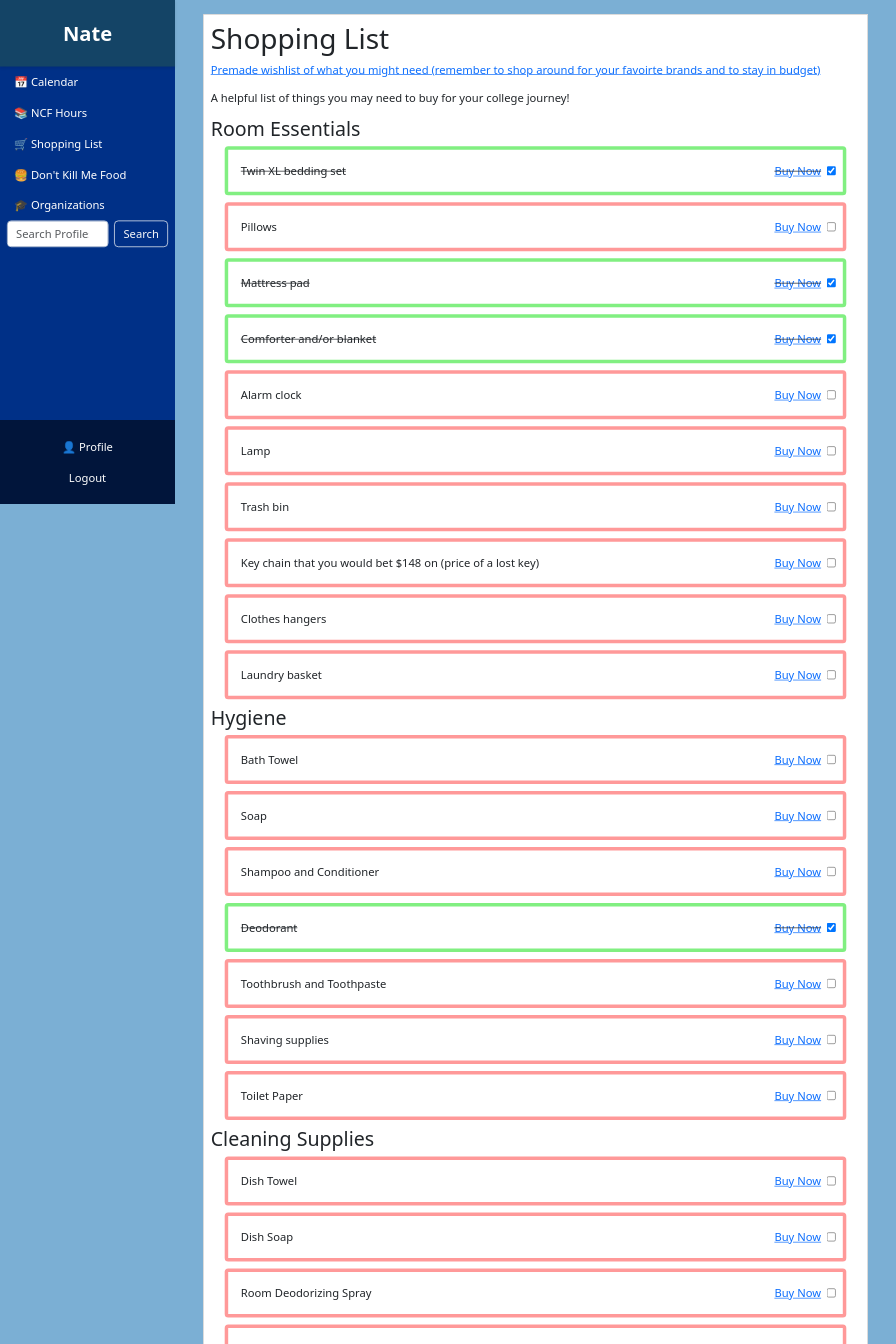
Repository: NateClarkTech/SoftwareEngineeringProject2
Page: http://localhost/shoppinglist/
These files come from the project's save history. The page is drawn as it stood at one moment and after the next save; the edit follows.
The browser window is 1280 px wide. The pictures show the part of the page from y = 0 to 1920 px (the page is 4579 px tall before and 4375 px after), at 70% of full size.
The page is served by the project's application, run on Django 5.2 (manage.py). The first stored user is signed in. Other server files are loaded and not shown. The page reads the database file committed with the project.

Above is the page before, as saved 2024-03-12 17:54:35.

### ShoppingList/templates/shoppinglist.html
{% extends 'base.html' %}

{% load static %}

{% block title %}Shopping List{% endblock %}

{% block extendHeader %}
<style>
    .item-box {
        border: 1px solid #ccc;
        padding: 10px;
        margin-bottom: 10px;
        margin-left: 20px;
        margin-right: 20px;
        background-color: white;
    }

    .checked {
        text-decoration: line-through;
        border-color: #81ef81;
        border-radius: 5px;
        border-width: 5px;
    }

    .not-checked {
        text-decoration: none;
        border-color: #ff9999;
        border-radius: 5px;
        border-width: 5px;
    }
</style>
{% endblock %}

{% block content %}
<div class="align-items-center">
    {% if user.is_authenticated %}
    <div class="item-box">
        <h1>Shopping List</h1>
        <a href="https://www.amazon.com/hz/wishlist/ls/1MYC1SQ5AHTOC?ref_=wl_share" target="_blank">Premade wishlist of what you might need (remember to shop around for your favoirte brands and to stay in budget)</a>
        <p class="pt-3">A helpful list of things you may need to buy for your college journey!</p>

        {% for category in itemCategories %}
            <h3>{{ category }}</h3>
            {% for item in shoppingItems %}
                {% if item.category == category %}
                    <div class="item-box d-flex {% if item.checked %}checked{%else%}not-checked{% endif %}">
                        <label for="item-{{ forloop.counter }}" class="flex-grow-1 p-2">{{ item.name }}</label>
                        <a href="{{ item.url }}" target="_blank" class="p-2">Buy Now</a>
                        <input type="checkbox" id="item-{{ forloop.counter }}" class="p-2" {% if item.checked %}checked{% endif %}>
                    </div>
                {% endif %}
            {% endfor %}
        {% endfor %}
    </div>
    {% else %}
    <p>You are not logged in</p>
    {% endif %}
</div>
{% endblock %}

{% block scripts %}
    <script src={% static '/js/shoppinglist.js' %}></script>
{% endblock %}

### ShoppingList/models.py
from django.db import models
from django.contrib.auth.models import User

class ShoppingListCategory(models.Model):
    name = models.CharField(max_length=200)

    def __str__(self):
        return self.name

class ShoppingListItem(models.Model):
    user = models.ForeignKey(User, on_delete=models.CASCADE)
    name = models.CharField(max_length=200)
    category = models.ForeignKey(ShoppingListCategory, on_delete=models.CASCADE)
    url = models.URLField(max_length=200)
    checked = models.BooleanField(default=False)

    def __str__(self):
        return self.user.username + " - " + self.name

### Leaderboard/urls.py
from django.urls import path
from . import views
#https://www.reddit.com/r/django/comments/13hknj7/my_project_doesnt_recognize_the_urls_from_one_of/
urlpatterns = [
    path('', views.checklist, name='checklist'),
    path('checklist/', views.checklist, name='checklist'),
    path('update_checklist/', views.update_checklist, name='update_checklist'),
    path('reset-tasks', views.reset_tasks),
    path('leaderboard/', views.leaderboard_view, name='leaderboard'),

]

### ShoppingList/urls.py
from django.urls import path
from . import views
from django.conf import settings
from django.conf.urls.static import static
from django.contrib.auth import views as auth_views

urlpatterns = [
    path('', views.shoppinglist, name='shoppinglist'),
    path('update_shoppinglist', views.update_shoppinglist, name='update_shoppinglist'),
]

### NovoTaskNinja/urls.py
from django.urls import path
from . import views
from django.conf import settings
from django.conf.urls.static import static
from django.contrib.auth import views as auth_views

urlpatterns = [

    # Backend-Heavy Pages
    path('dontkillmefood/', views.dontkillmefood, name='dontkillmefood'),

    # Frontend-Heavy Pages
    path('calendar', views.calendar, name='calendar'),
    path('ncfhours/', views.ncfhours, name='ncfhours'),
    path('', views.home, name='home'),


] + static(settings.MEDIA_URL, document_root=settings.MEDIA_ROOT)

### db.sqlite3 (the tables this page reads, as SQL)
CREATE TABLE "ShoppingList_shoppinglistcategory" ("id" integer NOT NULL PRIMARY KEY AUTOINCREMENT, "name" varchar(200) NOT NULL);
INSERT INTO "ShoppingList_shoppinglistcategory" VALUES
(1, 'Room Essentials'),
(2, 'Hygiene'),
(3, 'Cleaning Supplies'),
(4, 'Beach Supplies'),
(5, 'School Supplies'),
(6, 'Emergency Preparedness'),
(7, 'Other Items');

CREATE TABLE "ShoppingList_shoppinglistitem" ("id" integer NOT NULL PRIMARY KEY AUTOINCREMENT, "name" varchar(200) NOT NULL, "url" varchar(200) NOT NULL, "checked" bool NOT NULL, "user_id" integer NOT NULL REFERENCES "auth_user" ("id") DEFERRABLE INITIALLY DEFERRED, "category_id" bigint NOT NULL REFERENCES "ShoppingList_shoppinglistcategory" ("id") DEFERRABLE INITIALLY DEFERRED);
INSERT INTO "ShoppingList_shoppinglistitem" VALUES
(1, 'Twin XL bedding set', 'https://www.amazon.com/s?k=twin+xl+sheet+sets', 0, 3, 1),
(2, 'Pillows', 'https://www.amazon.com/s?k=bed+pillow', 0, 3, 1),
(3, 'Mattress pad', 'https://www.amazon.com/s?k=mattress+pad', 0, 3, 1),
(4, 'Comforter and/or blanket', 'https://www.amazon.com/s?k=comforter', 0, 3, 1),
(5, 'Alarm clock', 'https://www.amazon.com/s?k=alarm+clock', 0, 3, 1),
(6, 'Lamp', 'https://www.amazon.com/s?k=lamp', 0, 3, 1),
(7, 'Trash bin', 'https://www.amazon.com/s?k=trash+bin', 0, 3, 1),
(8, 'Key chain that you would bet $148 on (price of a lost key)', 'https://www.amazon.com/s?k=key+chain', 0, 3, 1),
(9, 'Clothes hangers', 'clothes hangers', 0, 3, 1),
(10, 'Laundry basket', 'https://www.amazon.com/s?k=laundry+basket', 0, 3, 1),
(11, 'Bath Towel', 'https://www.amazon.com/s?kbath+towel', 0, 3, 2),
(12, 'Soap', 'https://www.amazon.com/s?k=soap', 0, 3, 2),
(13, 'Shampoo and Conditioner', 'https://www.amazon.com/s?k=shampoo+and+conditioner', 0, 3, 2),
(14, 'Deodorant', 'https://www.amazon.com/s?k=deodorant', 0, 3, 2),
(15, 'Toothbrush and Toothpaste', 'https://www.amazon.com/s?k=toothbrush+and+toothpaste', 0, 3, 2),
(16, 'Shaving supplies', 'https://www.amazon.com/s?k=shaving+supplies', 0, 3, 2),
(17, 'Toilet Paper', 'https://www.amazon.com/s?k=toilet+paper', 0, 3, 2),
(18, 'Dish Towel', 'https://www.amazon.com/s?k=dish+towel', 0, 3, 3),
(19, 'Dish Soap', 'https://www.amazon.com/s?k=dish+soap', 0, 3, 3),
(20, 'Room Deodorizing Spray', 'https://www.amazon.com/s?k=room+deodorizing+spray', 0, 3, 3),
(21, 'Laundry Soap', 'https://www.amazon.com/s?k=laundry+soap', 0, 3, 3),
(22, 'Disinfectant Wipes', 'https://www.amazon.com/s?k=disinfectant+wipes', 0, 3, 3),
(23, 'Lysol Spray', 'https://www.amazon.com/s?k=lysol+spray', 0, 3, 3),
(24, 'Swimsuit', 'https://www.amazon.com/s?k=swimsuit', 0, 3, 4),
(25, 'Beach Towel', 'https://www.amazon.com/s?k=beach+towel', 0, 3, 4),
(26, 'Sunscreen', 'https://www.amazon.com/s?k=sunscreen', 0, 3, 4),
(27, 'Refillable Water Bottle', 'https://www.amazon.com/s?k=refillable+water+bottle', 0, 3, 4),
(28, 'Personal Computer', 'https://www.amazon.com/s?k=personal+computer', 0, 3, 5),
(29, 'Printer', 'https://www.amazon.com/s?k=printer', 0, 3, 5),
(30, 'Printer Paper', 'https://www.amazon.com/s?k=printer+paper', 0, 3, 5),
(31, 'Ethernet Cable', 'https://www.amazon.com/s?k=ethernet+cable', 0, 3, 5),
(32, 'Flash Drive', 'https://www.amazon.com/s?k=flash+drive', 0, 3, 5),
(33, 'Notebooks', 'https://www.amazon.com/s?k=notebooks', 0, 3, 5),
(34, 'Laptop Lock', 'https://www.amazon.com/s?k=laptop+lock', 0, 3, 5),
(35, 'Office Supplies (Poster Putty, Stapler, Push Pins, Pen/Pencils, Envelopes and Stamps)', 'https://www.amazon.com/s?k=office+supplies', 0, 3, 5),
(36, 'Desk Lamp', 'https://www.amazon.com/s?k=desk+lamp', 0, 3, 5),
(37, 'Power Strip with Surge Protector', 'https://www.amazon.com/s?k=power+strip+with+surge+protector', 0, 3, 5),
(38, 'Multi-port USB Charger', 'https://www.amazon.com/s?k=multi-port+usb+charger', 0, 3, 5),
(39, 'Headset', 'https://www.amazon.com/s?k=headset', 0, 3, 5),
(40, 'Flashlight', 'https://www.amazon.com/s?k=flashlight', 0, 3, 6),
(41, 'Batteries', 'https://www.amazon.com/s?k=batteries', 0, 3, 6),
(42, 'First-aid Kit', 'https://www.amazon.com/s?k=first-aid+kit', 0, 3, 6),
(43, 'Fan', 'https://www.amazon.com/s?k=fan', 0, 3, 7),
(44, 'Umbrella', 'https://www.amazon.com/s?k=umbrella', 0, 3, 7),
(45, 'Ear Plugs', 'https://www.amazon.com/s?k=ear+plugs', 0, 3, 7),
(46, 'Small Sewing Kit', 'https://www.amazon.com/s?k=sewing+kit', 0, 3, 7),
(47, 'Small Tool Kit', 'https://www.amazon.com/s?k=tool+kit', 0, 3, 7),
(48, 'Storage Bins', 'https://www.amazon.com/s?k=storage+bins', 0, 3, 7),
(49, 'Dishes and Utensils', 'https://www.amazon.com/s?k=dishes+and+utensils', 0, 3, 7),
(50, 'Camera', 'https://www.amazon.com/s?k=camera', 0, 3, 7),
(51, 'Can Opener', 'https://www.amazon.com/s?k=can+opener', 0, 3, 7),
(52, 'Twin XL bedding set', 'https://www.amazon.com/s?k=twin+xl+sheet+sets', 0, 4, 1),
(53, 'Pillows', 'https://www.amazon.com/s?k=bed+pillow', 0, 4, 1),
(54, 'Mattress pad', 'https://www.amazon.com/s?k=mattress+pad', 0, 4, 1),
(55, 'Comforter and/or blanket', 'https://www.amazon.com/s?k=comforter', 0, 4, 1),
(56, 'Alarm clock', 'https://www.amazon.com/s?k=alarm+clock', 0, 4, 1),
(57, 'Lamp', 'https://www.amazon.com/s?k=lamp', 0, 4, 1),
(58, 'Trash bin', 'https://www.amazon.com/s?k=trash+bin', 0, 4, 1),
(59, 'Key chain that you would bet $148 on (price of a lost key)', 'https://www.amazon.com/s?k=key+chain', 0, 4, 1),
(60, 'Clothes hangers', 'clothes hangers', 0, 4, 1),
(61, 'Laundry basket', 'https://www.amazon.com/s?k=laundry+basket', 0, 4, 1),
(62, 'Bath Towel', 'https://www.amazon.com/s?kbath+towel', 0, 4, 2),
(63, 'Soap', 'https://www.amazon.com/s?k=soap', 0, 4, 2),
(64, 'Shampoo and Conditioner', 'https://www.amazon.com/s?k=shampoo+and+conditioner', 0, 4, 2),
(65, 'Deodorant', 'https://www.amazon.com/s?k=deodorant', 0, 4, 2),
(66, 'Toothbrush and Toothpaste', 'https://www.amazon.com/s?k=toothbrush+and+toothpaste', 0, 4, 2),
(67, 'Shaving supplies', 'https://www.amazon.com/s?k=shaving+supplies', 0, 4, 2),
(68, 'Toilet Paper', 'https://www.amazon.com/s?k=toilet+paper', 0, 4, 2),
(69, 'Dish Towel', 'https://www.amazon.com/s?k=dish+towel', 0, 4, 3),
(70, 'Dish Soap', 'https://www.amazon.com/s?k=dish+soap', 0, 4, 3),
(71, 'Room Deodorizing Spray', 'https://www.amazon.com/s?k=room+deodorizing+spray', 0, 4, 3),
(72, 'Laundry Soap', 'https://www.amazon.com/s?k=laundry+soap', 0, 4, 3),
(73, 'Disinfectant Wipes', 'https://www.amazon.com/s?k=disinfectant+wipes', 0, 4, 3),
(74, 'Lysol Spray', 'https://www.amazon.com/s?k=lysol+spray', 0, 4, 3),
(75, 'Swimsuit', 'https://www.amazon.com/s?k=swimsuit', 0, 4, 4),
(76, 'Beach Towel', 'https://www.amazon.com/s?k=beach+towel', 0, 4, 4),
(77, 'Sunscreen', 'https://www.amazon.com/s?k=sunscreen', 0, 4, 4),
(78, 'Refillable Water Bottle', 'https://www.amazon.com/s?k=refillable+water+bottle', 0, 4, 4),
(79, 'Personal Computer', 'https://www.amazon.com/s?k=personal+computer', 0, 4, 5),
(80, 'Printer', 'https://www.amazon.com/s?k=printer', 0, 4, 5),
(81, 'Printer Paper', 'https://www.amazon.com/s?k=printer+paper', 0, 4, 5),
(82, 'Ethernet Cable', 'https://www.amazon.com/s?k=ethernet+cable', 0, 4, 5),
(83, 'Flash Drive', 'https://www.amazon.com/s?k=flash+drive', 0, 4, 5),
(84, 'Notebooks', 'https://www.amazon.com/s?k=notebooks', 0, 4, 5),
(85, 'Laptop Lock', 'https://www.amazon.com/s?k=laptop+lock', 0, 4, 5),
(86, 'Office Supplies (Poster Putty, Stapler, Push Pins, Pen/Pencils, Envelopes and Stamps)', 'https://www.amazon.com/s?k=office+supplies', 0, 4, 5),
(87, 'Desk Lamp', 'https://www.amazon.com/s?k=desk+lamp', 0, 4, 5),
(88, 'Power Strip with Surge Protector', 'https://www.amazon.com/s?k=power+strip+with+surge+protector', 0, 4, 5),
(89, 'Multi-port USB Charger', 'https://www.amazon.com/s?k=multi-port+usb+charger', 0, 4, 5),
(90, 'Headset', 'https://www.amazon.com/s?k=headset', 0, 4, 5),
(91, 'Flashlight', 'https://www.amazon.com/s?k=flashlight', 0, 4, 6),
(92, 'Batteries', 'https://www.amazon.com/s?k=batteries', 0, 4, 6),
(93, 'First-aid Kit', 'https://www.amazon.com/s?k=first-aid+kit', 0, 4, 6),
(94, 'Fan', 'https://www.amazon.com/s?k=fan', 0, 4, 7),
(95, 'Umbrella', 'https://www.amazon.com/s?k=umbrella', 0, 4, 7),
(96, 'Ear Plugs', 'https://www.amazon.com/s?k=ear+plugs', 0, 4, 7),
(97, 'Small Sewing Kit', 'https://www.amazon.com/s?k=sewing+kit', 0, 4, 7),
(98, 'Small Tool Kit', 'https://www.amazon.com/s?k=tool+kit', 0, 4, 7),
(99, 'Storage Bins', 'https://www.amazon.com/s?k=storage+bins', 0, 4, 7),
(100, 'Dishes and Utensils', 'https://www.amazon.com/s?k=dishes+and+utensils', 0, 4, 7),
(101, 'Camera', 'https://www.amazon.com/s?k=camera', 0, 4, 7),
(102, 'Can Opener', 'https://www.amazon.com/s?k=can+opener', 0, 4, 7),
(103, 'Twin XL bedding set', 'https://www.amazon.com/s?k=twin+xl+sheet+sets', 0, 2, 1),
(104, 'Pillows', 'https://www.amazon.com/s?k=bed+pillow', 0, 2, 1),
(105, 'Mattress pad', 'https://www.amazon.com/s?k=mattress+pad', 0, 2, 1),
(106, 'Comforter and/or blanket', 'https://www.amazon.com/s?k=comforter', 0, 2, 1),
(107, 'Alarm clock', 'https://www.amazon.com/s?k=alarm+clock', 0, 2, 1),
(108, 'Lamp', 'https://www.amazon.com/s?k=lamp', 0, 2, 1),
(109, 'Trash bin', 'https://www.amazon.com/s?k=trash+bin', 0, 2, 1),
(110, 'Key chain that you would bet $148 on (price of a lost key)', 'https://www.amazon.com/s?k=key+chain', 0, 2, 1),
(111, 'Clothes hangers', 'https://www.amazon.com/s?k=clothes+hangers', 0, 2, 1),
(112, 'Laundry basket', 'https://www.amazon.com/s?k=laundry+basket', 0, 2, 1),
(113, 'Bath Towel', 'https://www.amazon.com/s?k=bath+towels', 0, 2, 2),
(114, 'Soap', 'https://www.amazon.com/s?k=soap', 0, 2, 2),
(115, 'Shampoo and Conditioner', 'https://www.amazon.com/s?k=shampoo+and+conditioner', 0, 2, 2),
(116, 'Deodorant', 'https://www.amazon.com/s?k=deodorant', 0, 2, 2),
(117, 'Toothbrush and Toothpaste', 'https://www.amazon.com/s?k=toothbrush+and+toothpaste', 0, 2, 2),
(118, 'Shaving supplies', 'https://www.amazon.com/s?k=shaving+supplies', 0, 2, 2),
(119, 'Toilet Paper', 'https://www.amazon.com/s?k=toilet+paper', 0, 2, 2),
(120, 'Dish Towel', 'https://www.amazon.com/s?k=dish+towel', 0, 2, 3),
(121, 'Dish Soap', 'https://www.amazon.com/s?k=dish+soap', 0, 2, 3),
(122, 'Room Deodorizing Spray', 'https://www.amazon.com/s?k=room+deodorizing+spray', 0, 2, 3),
(123, 'Laundry Soap', 'https://www.amazon.com/s?k=laundry+soap', 0, 2, 3),
(124, 'Disinfectant Wipes', 'https://www.amazon.com/s?k=disinfectant+wipes', 0, 2, 3),
(125, 'Lysol Spray', 'https://www.amazon.com/s?k=lysol+spray', 0, 2, 3),
(126, 'Swimsuit', 'https://www.amazon.com/s?k=swimsuit', 0, 2, 4),
(127, 'Beach Towel', 'https://www.amazon.com/s?k=beach+towel', 0, 2, 4),
(128, 'Sunscreen', 'https://www.amazon.com/s?k=sunscreen', 0, 2, 4),
(129, 'Refillable Water Bottle', 'https://www.amazon.com/s?k=refillable+water+bottle', 0, 2, 4),
(130, 'Personal Computer', 'https://www.amazon.com/s?k=personal+computer', 0, 2, 5),
(131, 'Printer', 'https://www.amazon.com/s?k=printer', 0, 2, 5),
(132, 'Printer Paper', 'https://www.amazon.com/s?k=printer+paper', 0, 2, 5),
(133, 'Ethernet Cable', 'https://www.amazon.com/s?k=ethernet+cable', 0, 2, 5),
(134, 'Flash Drive', 'https://www.amazon.com/s?k=flash+drive', 0, 2, 5),
(135, 'Notebooks', 'https://www.amazon.com/s?k=notebooks', 0, 2, 5),
(136, 'Laptop Lock', 'https://www.amazon.com/s?k=laptop+lock', 0, 2, 5),
(137, 'Office Supplies (Poster Putty, Stapler, Push Pins, Pen/Pencils, Envelopes and Stamps)', 'https://www.amazon.com/s?k=office+supplies', 0, 2, 5),
(138, 'Desk Lamp', 'https://www.amazon.com/s?k=desk+lamp', 0, 2, 5),
(139, 'Power Strip with Surge Protector', 'https://www.amazon.com/s?k=power+strip+with+surge+protector', 0, 2, 5),
(140, 'Multi-port USB Charger', 'https://www.amazon.com/s?k=multi-port+usb+charger', 0, 2, 5),
(141, 'Headset', 'https://www.amazon.com/s?k=headset', 0, 2, 5),
(142, 'Flashlight', 'https://www.amazon.com/s?k=flashlight', 0, 2, 6),
(143, 'Batteries', 'https://www.amazon.com/s?k=batteries', 0, 2, 6),
(144, 'First-aid Kit', 'https://www.amazon.com/s?k=first-aid+kit', 0, 2, 6),
(145, 'Fan', 'https://www.amazon.com/s?k=fan', 0, 2, 7),
(146, 'Umbrella', 'https://www.amazon.com/s?k=umbrella', 0, 2, 7),
(147, 'Ear Plugs', 'https://www.amazon.com/s?k=ear+plugs', 0, 2, 7),
(148, 'Small Sewing Kit', 'https://www.amazon.com/s?k=sewing+kit', 0, 2, 7),
(149, 'Small Tool Kit', 'https://www.amazon.com/s?k=tool+kit', 0, 2, 7),
(150, 'Storage Bins', 'https://www.amazon.com/s?k=storage+bins', 0, 2, 7),
(151, 'Dishes and Utensils', 'https://www.amazon.com/s?k=dishes+and+utensils', 0, 2, 7),
(152, 'Camera', 'https://www.amazon.com/s?k=camera', 0, 2, 7),
(153, 'Can Opener', 'https://www.amazon.com/s?k=can+opener', 0, 2, 7),
(154, 'Twin XL bedding set', 'https://www.amazon.com/s?k=twin+xl+sheet+sets', 1, 1, 1),
(155, 'Pillows', 'https://www.amazon.com/s?k=bed+pillow', 0, 1, 1),
(156, 'Mattress pad', 'https://www.amazon.com/s?k=mattress+pad', 1, 1, 1),
(157, 'Comforter and/or blanket', 'https://www.amazon.com/s?k=comforter', 1, 1, 1),
(158, 'Alarm clock', 'https://www.amazon.com/s?k=alarm+clock', 0, 1, 1),
(159, 'Lamp', 'https://www.amazon.com/s?k=lamp', 0, 1, 1),
(160, 'Trash bin', 'https://www.amazon.com/s?k=trash+bin', 0, 1, 1),
(161, 'Key chain that you would bet $148 on (price of a lost key)', 'https://www.amazon.com/s?k=key+chain', 0, 1, 1),
(162, 'Clothes hangers', 'https://www.amazon.com/s?k=clothes+hangers', 0, 1, 1),
(163, 'Laundry basket', 'https://www.amazon.com/s?k=laundry+basket', 0, 1, 1),
(164, 'Bath Towel', 'https://www.amazon.com/s?k=bath+towels', 0, 1, 2),
(165, 'Soap', 'https://www.amazon.com/s?k=soap', 0, 1, 2),
(166, 'Shampoo and Conditioner', 'https://www.amazon.com/s?k=shampoo+and+conditioner', 0, 1, 2),
(167, 'Deodorant', 'https://www.amazon.com/s?k=deodorant', 1, 1, 2),
(168, 'Toothbrush and Toothpaste', 'https://www.amazon.com/s?k=toothbrush+and+toothpaste', 0, 1, 2),
(169, 'Shaving supplies', 'https://www.amazon.com/s?k=shaving+supplies', 0, 1, 2),
(170, 'Toilet Paper', 'https://www.amazon.com/s?k=toilet+paper', 0, 1, 2),
(171, 'Dish Towel', 'https://www.amazon.com/s?k=dish+towel', 0, 1, 3),
(172, 'Dish Soap', 'https://www.amazon.com/s?k=dish+soap', 0, 1, 3),
(173, 'Room Deodorizing Spray', 'https://www.amazon.com/s?k=room+deodorizing+spray', 0, 1, 3),
(174, 'Laundry Soap', 'https://www.amazon.com/s?k=laundry+soap', 0, 1, 3),
(175, 'Disinfectant Wipes', 'https://www.amazon.com/s?k=disinfectant+wipes', 0, 1, 3),
(176, 'Lysol Spray', 'https://www.amazon.com/s?k=lysol+spray', 0, 1, 3),
(177, 'Swimsuit', 'https://www.amazon.com/s?k=swimsuit', 0, 1, 4),
(178, 'Beach Towel', 'https://www.amazon.com/s?k=beach+towel', 0, 1, 4),
(179, 'Sunscreen', 'https://www.amazon.com/s?k=sunscreen', 0, 1, 4),
(180, 'Refillable Water Bottle', 'https://www.amazon.com/s?k=refillable+water+bottle', 0, 1, 4),
(181, 'Personal Computer', 'https://www.amazon.com/s?k=personal+computer', 0, 1, 5),
(182, 'Printer', 'https://www.amazon.com/s?k=printer', 0, 1, 5),
(183, 'Printer Paper', 'https://www.amazon.com/s?k=printer+paper', 0, 1, 5),
(184, 'Ethernet Cable', 'https://www.amazon.com/s?k=ethernet+cable', 0, 1, 5),
(185, 'Flash Drive', 'https://www.amazon.com/s?k=flash+drive', 0, 1, 5),
(186, 'Notebooks', 'https://www.amazon.com/s?k=notebooks', 0, 1, 5),
(187, 'Laptop Lock', 'https://www.amazon.com/s?k=laptop+lock', 0, 1, 5),
(188, 'Office Supplies (Poster Putty, Stapler, Push Pins, Pen/Pencils, Envelopes and Stamps)', 'https://www.amazon.com/s?k=office+supplies', 0, 1, 5),
(189, 'Desk Lamp', 'https://www.amazon.com/s?k=desk+lamp', 0, 1, 5),
(190, 'Power Strip with Surge Protector', 'https://www.amazon.com/s?k=power+strip+with+surge+protector', 0, 1, 5),
(191, 'Multi-port USB Charger', 'https://www.amazon.com/s?k=multi-port+usb+charger', 0, 1, 5),
(192, 'Headset', 'https://www.amazon.com/s?k=headset', 0, 1, 5),
(193, 'Flashlight', 'https://www.amazon.com/s?k=flashlight', 0, 1, 6),
(194, 'Batteries', 'https://www.amazon.com/s?k=batteries', 0, 1, 6),
(195, 'First-aid Kit', 'https://www.amazon.com/s?k=first-aid+kit', 0, 1, 6),
(196, 'Fan', 'https://www.amazon.com/s?k=fan', 0, 1, 7),
(197, 'Umbrella', 'https://www.amazon.com/s?k=umbrella', 0, 1, 7),
(198, 'Ear Plugs', 'https://www.amazon.com/s?k=ear+plugs', 0, 1, 7),
(199, 'Small Sewing Kit', 'https://www.amazon.com/s?k=sewing+kit', 0, 1, 7),
(200, 'Small Tool Kit', 'https://www.amazon.com/s?k=tool+kit', 0, 1, 7),
(201, 'Storage Bins', 'https://www.amazon.com/s?k=storage+bins', 0, 1, 7),
(202, 'Dishes and Utensils', 'https://www.amazon.com/s?k=dishes+and+utensils', 0, 1, 7),
(203, 'Camera', 'https://www.amazon.com/s?k=camera', 0, 1, 7),
(204, 'Can Opener', 'https://www.amazon.com/s?k=can+opener', 0, 1, 7);

CREATE TABLE "auth_user" ("id" integer NOT NULL PRIMARY KEY AUTOINCREMENT, "password" varchar(128) NOT NULL, "last_login" datetime NULL, "is_superuser" bool NOT NULL, "username" varchar(150) NOT NULL UNIQUE, "last_name" varchar(150) NOT NULL, "email" varchar(254) NOT NULL, "is_staff" bool NOT NULL, "is_active" bool NOT NULL, "date_joined" datetime NOT NULL, "first_name" varchar(150) NOT NULL);
INSERT INTO "auth_user" VALUES
(1, 'pbkdf2_sha256$720000$voXDfFPGW35Vj4HBNrXH6O$81VbTivkDmHTHyrO0enerEqBO5Y1jna5vWEizOy2neM=', '2024-03-12 19:50:57.516190', 0, 'Nate', '', '', 0, 1, '2024-03-10 17:59:04.381654', ''),
(2, 'pbkdf2_sha256$720000$6xx2oJHi4sTw9UGfKxI1Vr$hTFa86Txj4tm4MMlh+gyYzNVMNkcrilSLcoieOe8rZ0=', '2024-03-12 19:31:30.492896', 1, 'admin', '', '', 1, 1, '2024-03-10 17:59:37.223655', ''),
(3, 'pbkdf2_sha256$720000$CYfsySN9KJ3kKCFa7FcOyu$1SpWWJdIaEb00rFZobW7XtaDRaXiSxJRIjAVbF6ooGU=', '2024-03-12 15:52:11.849871', 0, 'NotNate', '', '', 0, 1, '2024-03-10 21:43:19.463536', ''),
(4, 'pbkdf2_sha256$720000$yQsW3wlpSp5GMrkLKbaAMK$XEmvrkUnHV2qiy/8O9pIhwGZvYNqFGRgejnn5yn4QFM=', '2024-03-11 00:26:01.990320', 0, 'Username', '', '', 0, 1, '2024-03-11 00:26:01.476318', '');

Loaded but not shown: ShoppingList/static/js/shoppinglist.js (57 lines, source omitted); NovoTaskNinja/templates/navbar.html (248 lines, source omitted); ShoppingList/views.py (113 lines, source omitted); static/css/base/base.css (123 lines, source omitted); NovoTaskNinja/templates/base.html (49 lines, source omitted); SEProject2/urls.py (30 lines, source omitted); Profile/urls.py (26 lines, source omitted)

After the next save:
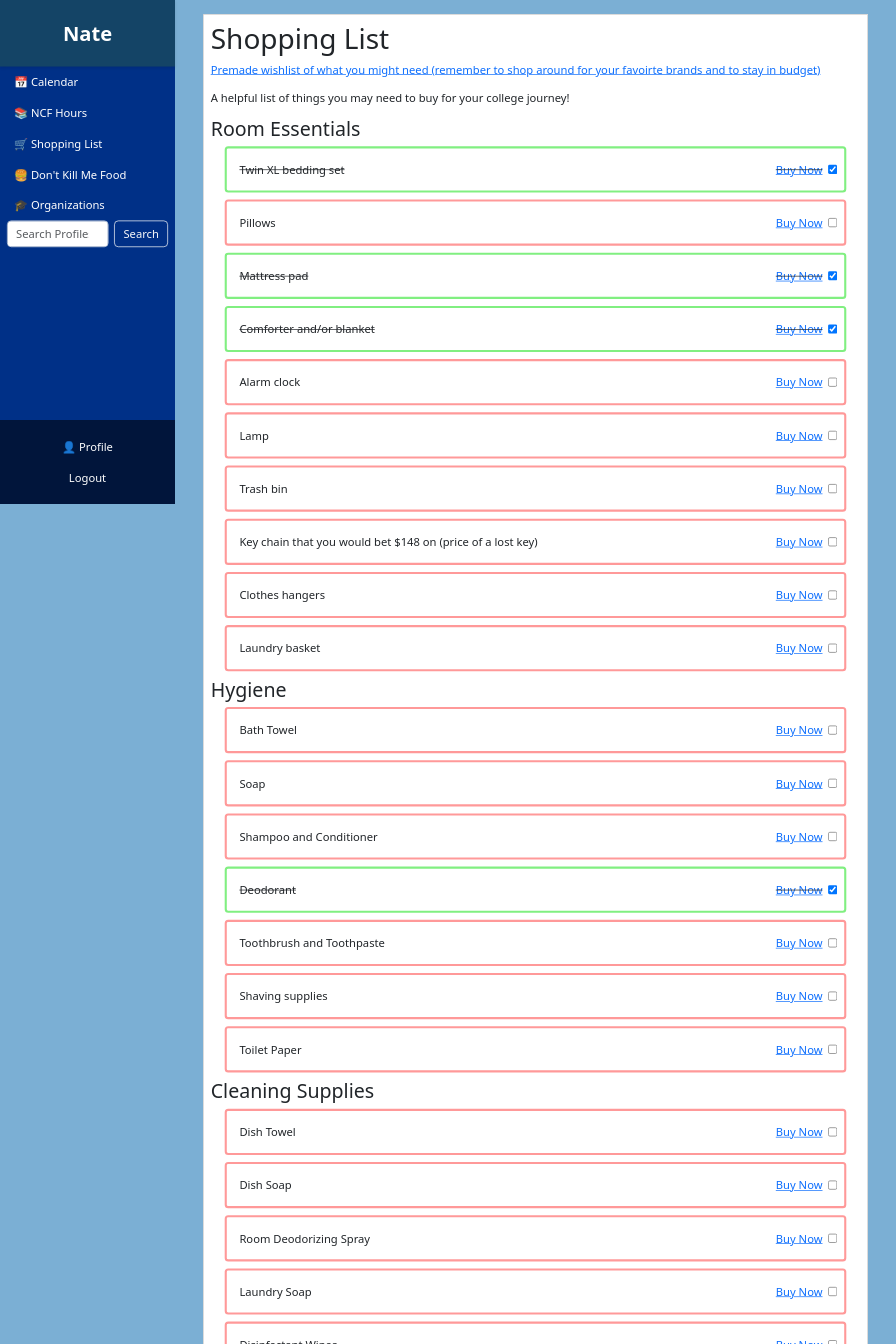
Saved 17 s later.
--- a/ShoppingList/templates/shoppinglist.html
+++ b/ShoppingList/templates/shoppinglist.html
@@ -19,14 +19,14 @@
         text-decoration: line-through;
         border-color: #81ef81;
         border-radius: 5px;
-        border-width: 5px;
+        border-width: 3px;
     }
 
     .not-checked {
         text-decoration: none;
         border-color: #ff9999;
         border-radius: 5px;
-        border-width: 5px;
+        border-width: 3px;
     }
 </style>
 {% endblock %}
